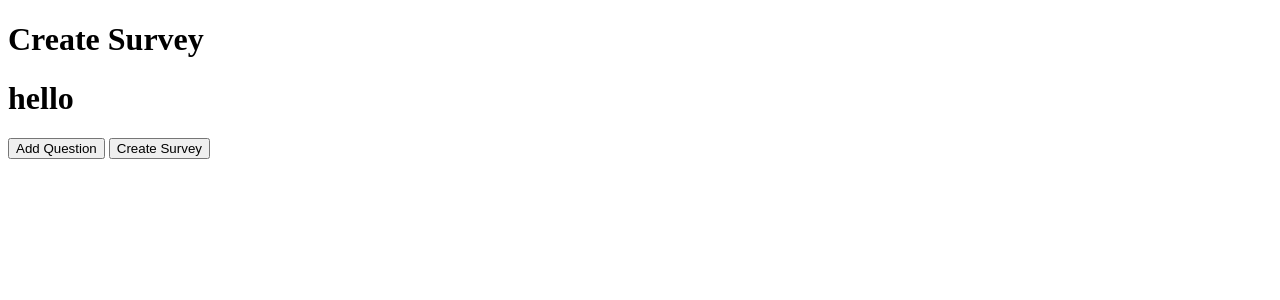
Repository: miki-babi/survey
Page: http://localhost/survey/create
These files come from the project's save history. The page is drawn as it stood at one moment and after the next save; the edit follows.
The browser window is 1280 px wide. The pictures show the whole page.
The page is served by the project's Laravel application, run on PHP 8.4 with Laravel 12. A made-up administrator, Test User (test@example.com), is signed in. Other server files are loaded and not shown.

Above is the page before, as saved 2024-10-28 16:19:49.

### routes/web.php
<?php

use App\Http\Controllers\ProfileController;
use Illuminate\Support\Facades\Route;

Route::get('/', function () {
    return view('welcome');
});

Route::get('/dashboard', function () {
    return view('dashboard');
})->middleware(['auth', 'verified'])->name('dashboard');

Route::middleware('auth')->group(function () {
    Route::get('/profile', [ProfileController::class, 'edit'])->name('profile.edit');
    Route::patch('/profile', [ProfileController::class, 'update'])->name('profile.update');
    Route::delete('/profile', [ProfileController::class, 'destroy'])->name('profile.destroy');
});



use App\Http\Controllers\SurveyController;

// Create a survey
Route::post('/survey/create', [SurveyController::class, 'createSurvey'])->name('survey.create');
Route::get('/survey/create',
function () {
    return view('create-survey');
}
)->name('survey.create');

// Get a survey (for answering)
Route::get('/survey/get', [SurveyController::class, 'getSurvey'])->name('survey.get');

// Submit answers for a survey
Route::post('/survey/answer', [SurveyController::class, 'submitAnswers'])->name('survey.answer');




require __DIR__.'/auth.php';

### resources/views/create-survey.blade.php
<!DOCTYPE html>
<html lang="en">
<head>
   <meta charset="UTF-8">
   <meta name="viewport" content="width=device-width, initial-scale=1.0">
   <title>Create Survey</title>
   <link rel="stylesheet" href="https://cdnjs.cloudflare.com/ajax/libs/font-awesome/6.0.0-beta3/css/all.min.css" integrity="sha384-k6RqeWeci5ZR/Lv4MR0sA0FfDOM+OPvv+0DFeZxSTLsLnYy0Y6xzFgN6C/tn6iGQ" crossorigin="anonymous">
</head>
<body>
   <h1>Create Survey</h1>
   <form id="surveyForm" action="/survey/create" method="POST">
       @csrf
       <div id="questionsContainer"></div>
        <h1>hello</h1>
       <button type="button" onclick="addQuestion()">Add Question</button>
       <button type="submit">Create Survey</button>
   </form>
<h1>

</h1>
   <script>
       let questionCount = 0;

       function addQuestion() {
           questionCount++;
           const questionId = `question_${questionCount}`;

           const questionContainer = document.createElement('div');
           questionContainer.id = questionId;
           questionContainer.innerHTML = `
               <h3>Question ${questionCount}</h3>
               <label>Content:</label>
               <input type="text" name="questions[${questionCount}][content]" required><br>

               <label>Is Final Question:</label>
                <input type="hidden" name="questions[${questionCount}][is_final]" value="0">
                <input type="checkbox" name="questions[${questionCount}][is_final]" value="1">

               <label>Type:</label>
               <select name="questions[${questionCount}][type]" required>
                   <option value="single">Single Answer</option>
                   <option value="multiple">Multiple Choice</option>
               </select><br>

               <div id="choicesContainer_${questionCount}"></div>
               <button type="button" onclick="addChoice(${questionCount})">Add Choice</button>
               <hr>
           `;

           document.getElementById('questionsContainer').appendChild(questionContainer);
       }

       function addChoice(questionIndex) {
           const choicesContainer = document.getElementById(`choicesContainer_${questionIndex}`);
           const choiceCount = choicesContainer.childElementCount + 1;
           const choiceContainer = document.createElement('div');
           choiceContainer.innerHTML = `
               <label>Choice ${choiceCount}:</label>
               <input type="text" name="questions[${questionIndex}][choices][${choiceCount}][content]" required>
               <label>Next Question ID (optional):</label>
               <input type="number" name="questions[${questionIndex}][choices][${choiceCount}][next_question_id]">
               <br>
           `;

           choicesContainer.appendChild(choiceContainer);
       }
   </script>
</body>
</html>

Loaded but not shown: routes/auth.php (common file); app/Http/Controllers/Auth/EmailVerificationPromptController.php (common file); app/Http/Controllers/Controller.php (common file); app/Http/Controllers/Auth/VerifyEmailController.php (common file); app/Models/User.php (common file)

After the next save:
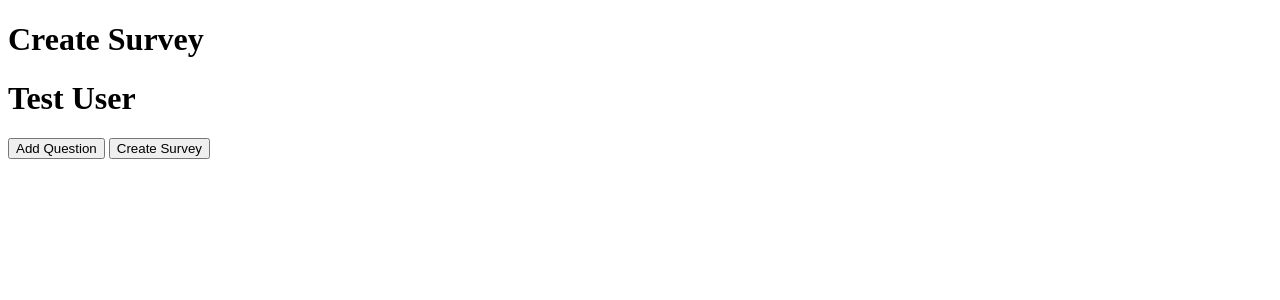
Saved 20 s later.
--- a/resources/views/create-survey.blade.php
+++ b/resources/views/create-survey.blade.php
@@ -11,7 +11,7 @@
    <form id="surveyForm" action="/survey/create" method="POST">
        @csrf
        <div id="questionsContainer"></div>
-        <h1>hello</h1>
+        <h1>{{ auth()->user()->name }}</h1>
        <button type="button" onclick="addQuestion()">Add Question</button>
        <button type="submit">Create Survey</button>
    </form>
